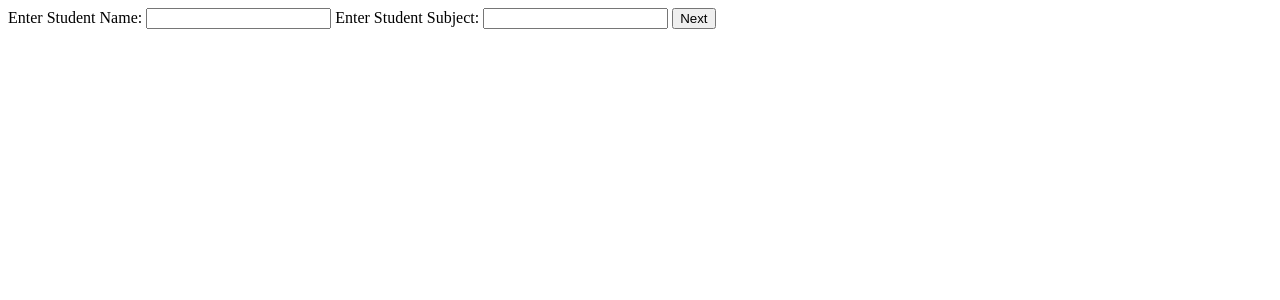
Repository: VIKAS123M/webapp
Page: schlea/src/main/webapp/sec.html
These files come from the project's save history. The page is drawn as it stood at one moment and after the next save; the edit follows.
The browser window is 1280 px wide. The pictures show the whole page.

Above is the page before, as saved 2022-04-25 10:27:52.

After the next save:
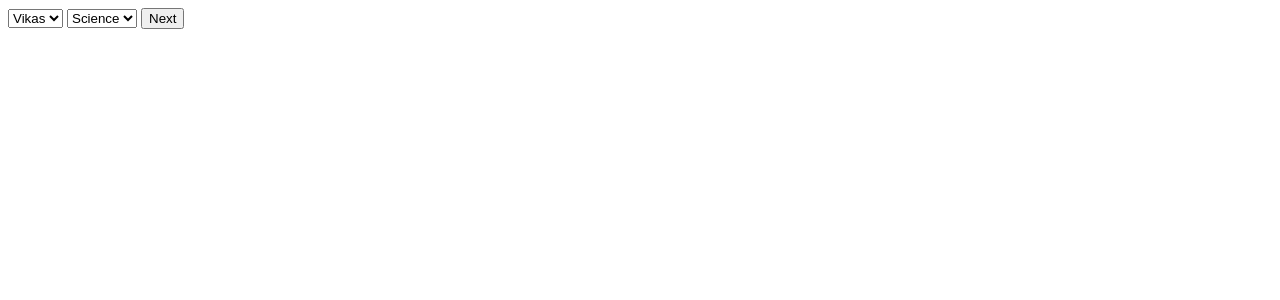
Saved 5 min 52 s later.
--- a/schlea/src/main/webapp/sec.html
+++ b/schlea/src/main/webapp/sec.html
@@ -6,8 +6,18 @@
 </head>
 <body>
 <form action = "Secondservlet" method = "Post">
-	Enter Student Name: <input type="text" name = "Name">
-	Enter Student Subject: <input type="text" name = "Subject">
+	<select name="Students" id="cars">
+  <option value="Student1">Vikas</option>
+  <option value="student2">Sabo</option>
+  <option value="Student3">Ace</option>
+  <option value="Student4">Zoro</option>
+</select>
+	<select name="Subject" id="cars">
+  <option value="Science">Science</option>
+  <option value="Math">Math</option>
+  <option value="English">English</option>
+  <option value="Hindi">Hindi</option>
+</select>
 	<input type="Submit" value = "Next">
 </form>
 
